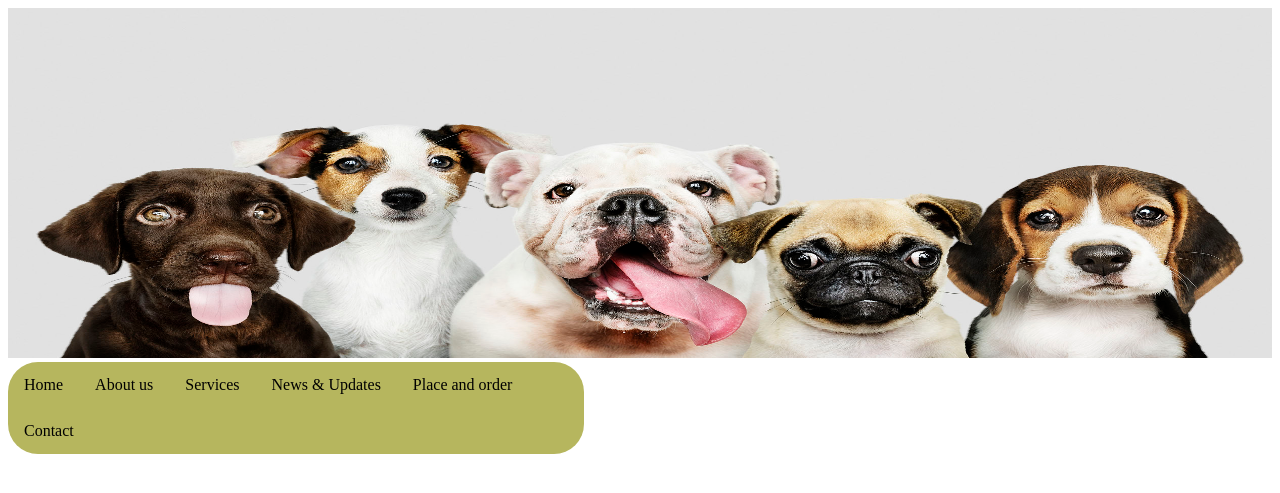
Repository: Tayma-Kazmouz/labwork
Page: index.html
An editor plug-in stored every save of this project. The page is shown before and after the next save, followed by the edit.
The browser window is 1280 px wide. The pictures show the whole page.

Above is the page before, as saved 2022-04-04 16:05:52.

After the next save:
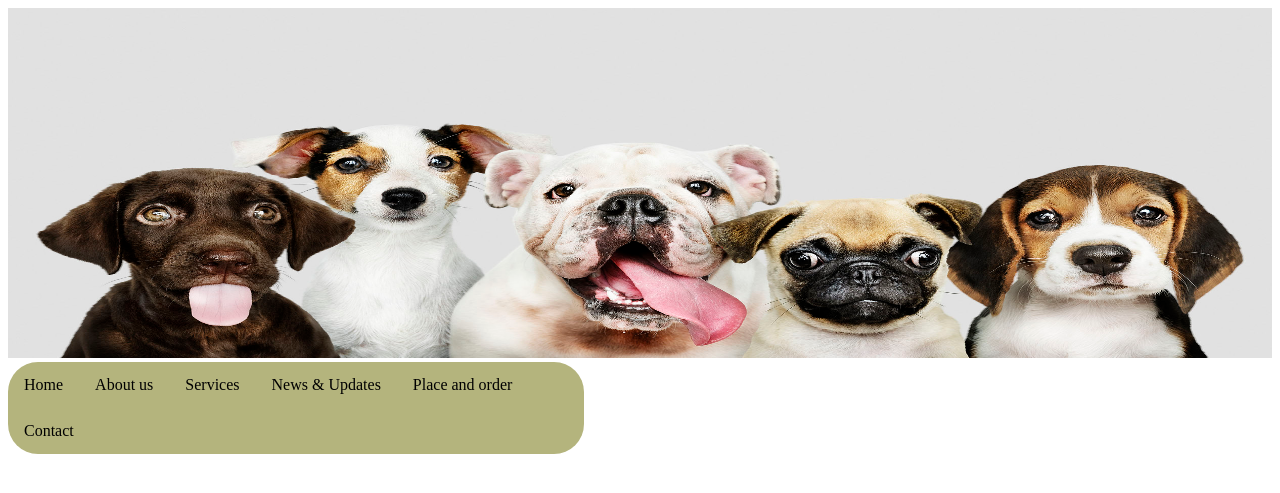
Saved 12 s later.
--- a/styles.css
+++ b/styles.css
@@ -5,7 +5,7 @@
 }
 
 .nav{
-    background-color: rgb(182, 182, 94);
+    background-color: rgb(180, 180, 125);
     border-radius: 30px;
     width: 45%;
     position: absolute;
